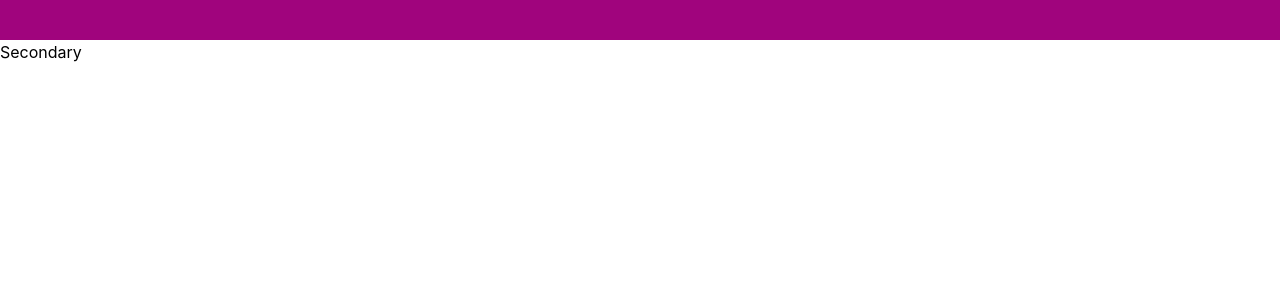
Repository: Sushant203/react-training-
Page: /
An editor plug-in stored every save of this project. The page is shown before and after the next save, followed by the edit.
The browser window is 1280 px wide. The pictures show the whole page.
The project was rebuilt for these pictures with package versions that can differ from the ones it lists, and the page was loaded fresh each time. Also part of the build but not shown: src/App.css, src/components/LowerNav.jsx, src/components/UpperNav.jsx.

Above is the page before, as saved 2022-12-19 09:23:10.

After the next save:
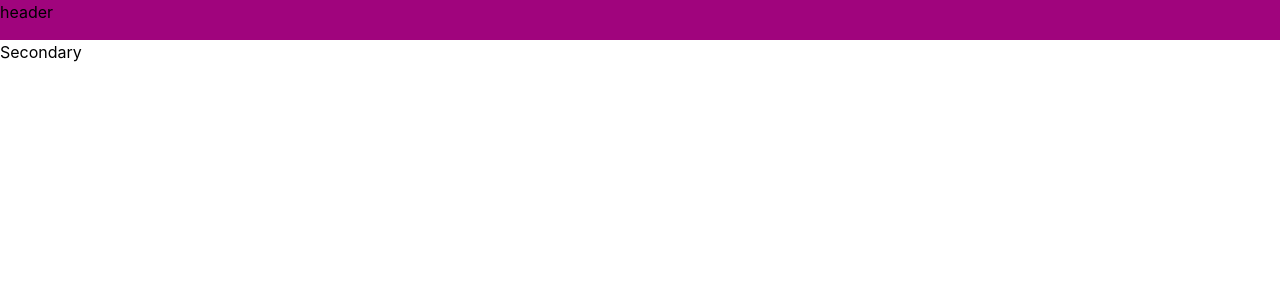
Saved 5 s later.
--- a/src/components/Naviagtion/Toolbar/header.jsx
+++ b/src/components/Naviagtion/Toolbar/header.jsx
@@ -1,7 +1,7 @@
 import React from "react";
 
 function Header() {
-  return <div className="h-10 bg-mainColor w-full"></div>;
+  return <div className="h-10 bg-mainColor w-full">header</div>;
 }
 
 export default Header;
